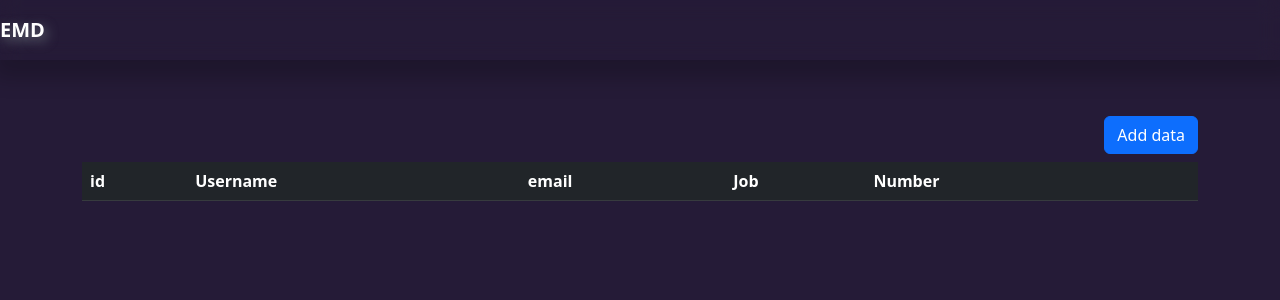
Repository: iamevs/Employee-Management-System
Page: /home (app in client/)
An editor plug-in stored every save of this project. The page is shown before and after the next save, followed by the edit.
The browser window is 1280 px wide. The pictures show the whole page.
The page's requests for data from a server got no answer. The project was rebuilt for these pictures with package versions that can differ from the ones it lists, and the page was loaded fresh each time. No one was signed in, and anything a server would have sent is missing. Also part of the build but not shown: client/vite.config.js, client/src/components/Register.jsx, client/src/components/Edit.jsx, client/src/components/Hero.jsx. Imported but missing from the stored project, and not drawn on this page: client/src/components/Details.

Above is the page before, as saved 2022-11-28 23:26:28.

After the next save:
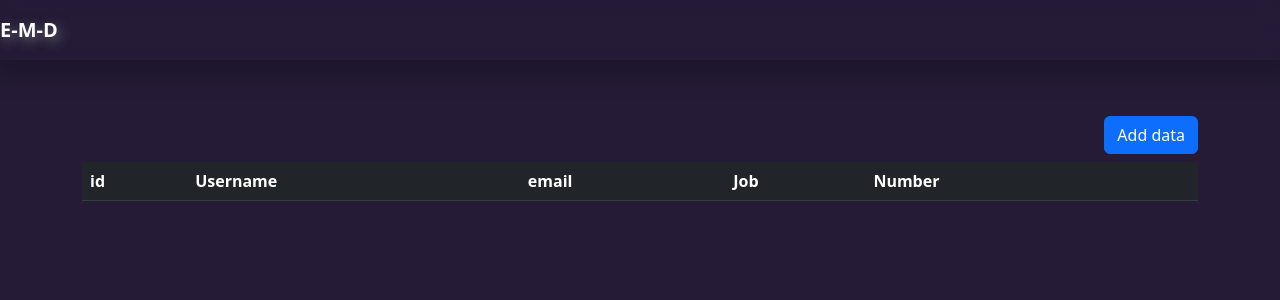
Saved 14 s later.
--- a/client/src/components/Navbar.jsx
+++ b/client/src/components/Navbar.jsx
@@ -14,11 +14,11 @@ const Navbar = () => {
                 boxShadow: "4px 7px 20px 11px rgb(0 0 0 / 20%)",
                 height: "60px",
             }}>
-                <Box tooltip={"EMD"} sx={{
+                <Box sx={{
                     fontSize: "20px",
                     textShadow: "3px 4px 12px #6c757d",
                     fontWeight: "bold",
-                }}>EMD</Box>
+                }}>E-M-D</Box>
             </Box>
         </Stack>
     )
